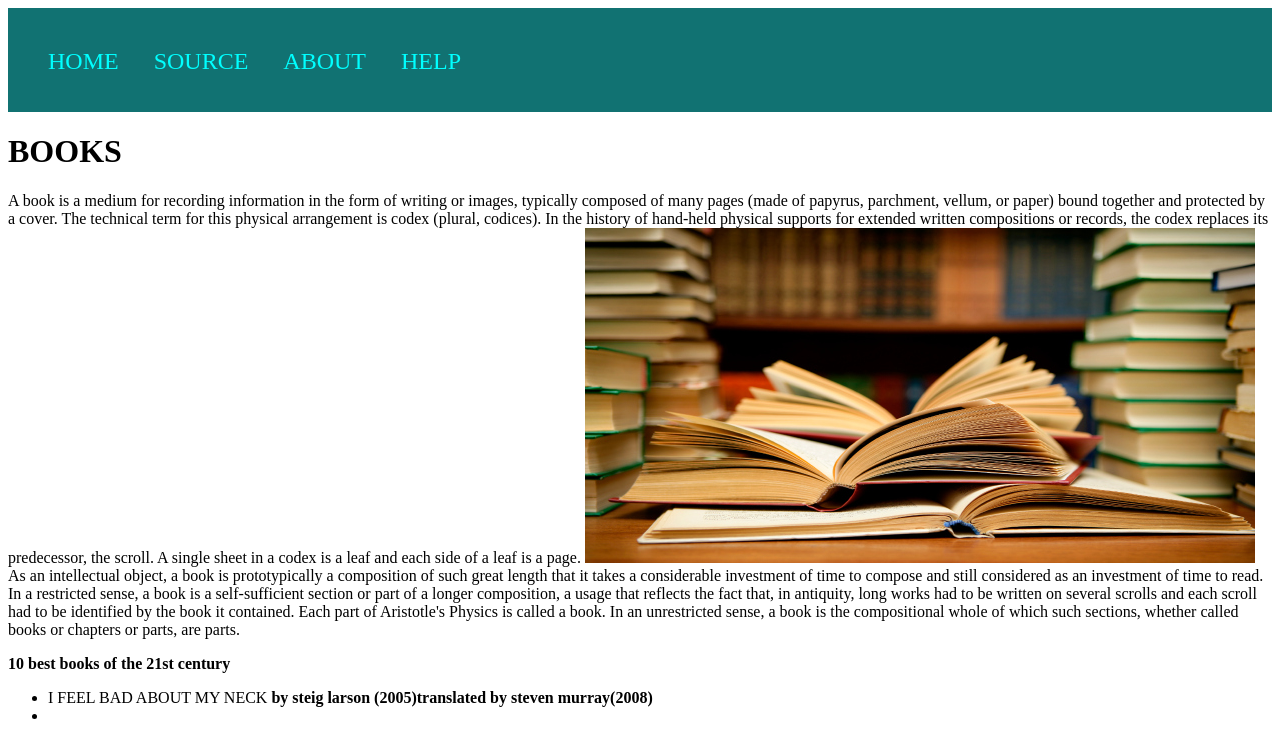
Repository: Hanan-arts/websites
Page: 01 web design/website.html
These files come from the project's save history. The page is drawn as it stood at one moment and after the next save; the edit follows.
The browser window is 1280 px wide. The pictures show the whole page.

Above is the page before, as saved 2021-02-13 21:16:26.

After the next save:
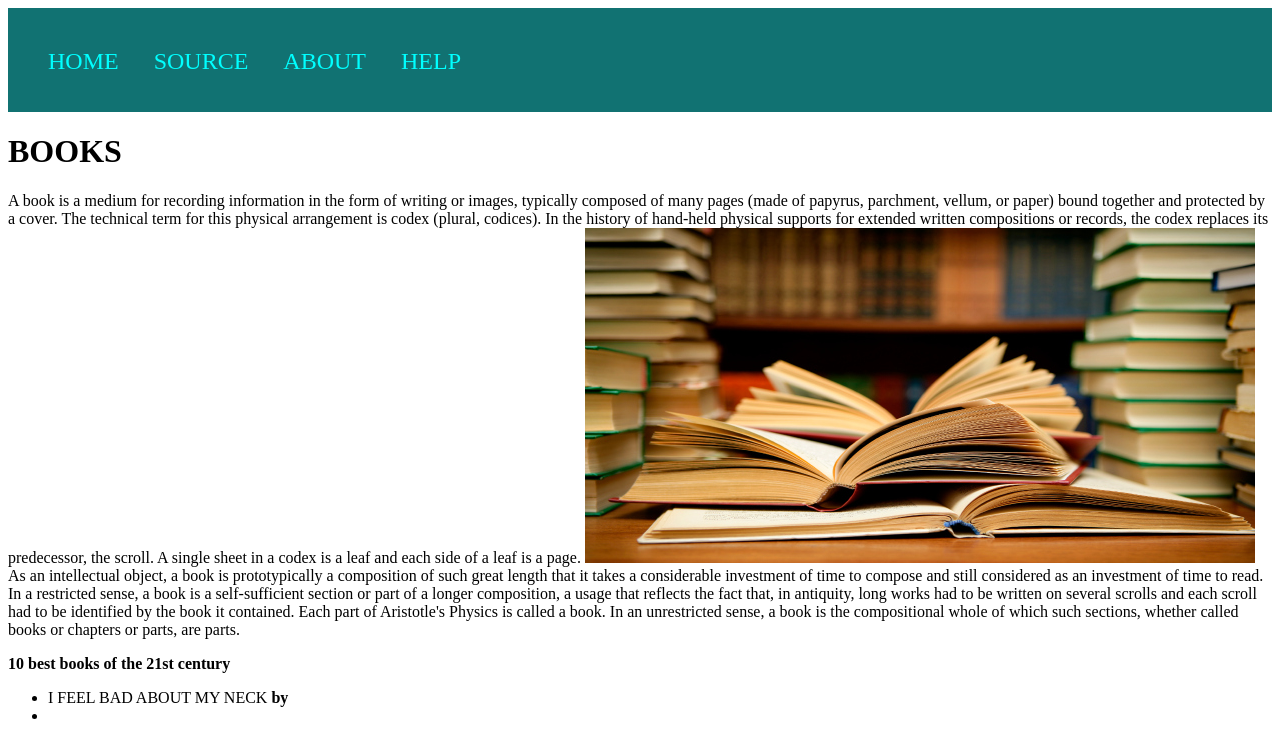
Saved 50 s later.
--- a/01 web design/website.html
+++ b/01 web design/website.html
@@ -51,8 +51,7 @@ are parts.
 <p>
     <div>
         <ul>
-            <li>I FEEL BAD ABOUT MY NECK <b>by steig larson
-                (2005)translated by steven murray(2008)
+            <li>I FEEL BAD ABOUT MY NECK <b>by
 
             </b></li>
             <li></li>
